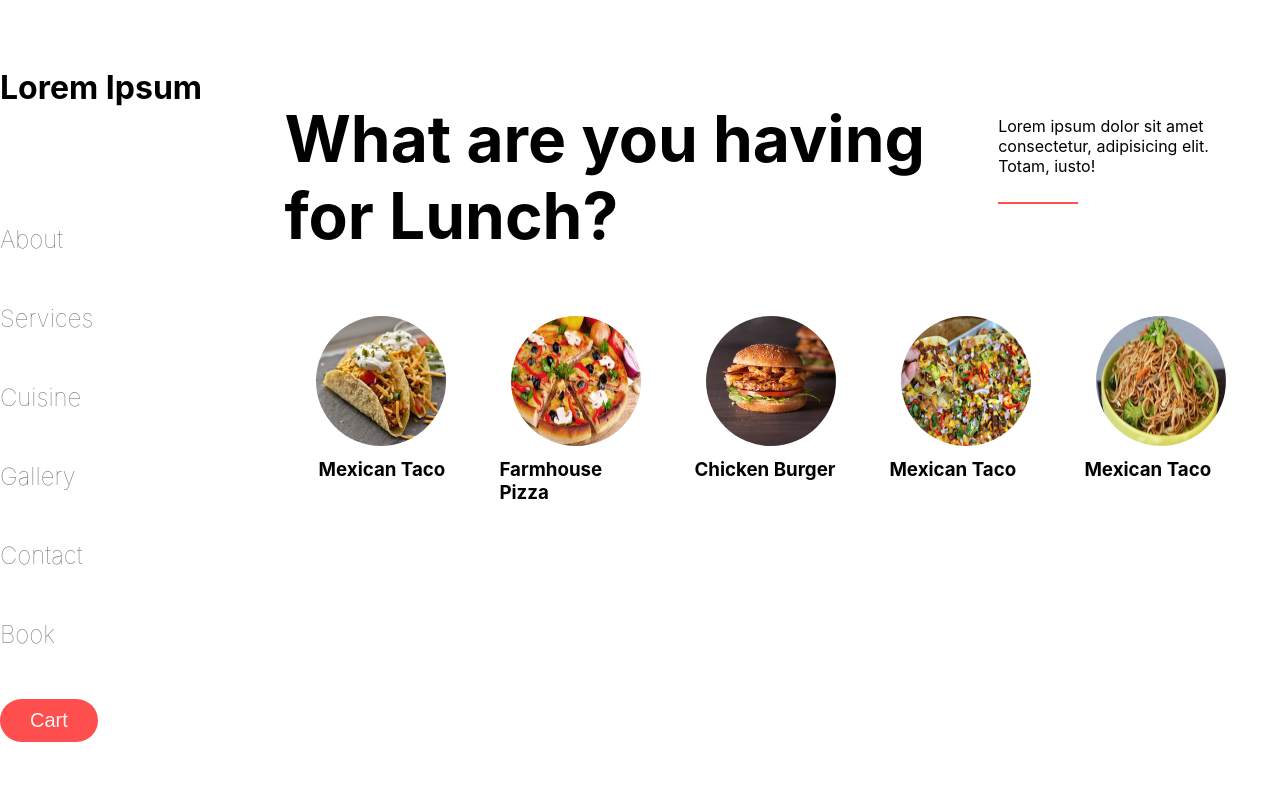
Repository: Marlstergo/assignment2
Page: /
The author's editor kept a copy of each file at every save. The page is drawn from the files as they stood at one save, then again after the next save.
The browser window is 1280 px wide. The pictures show the whole page.
The project was rebuilt for these pictures with package versions that can differ from the ones it lists, and the page was loaded fresh each time.

Above is the page before, as saved 2021-07-27 03:07:01.

### src/App.js
import logo from "./logo.svg";
import "./App.css";

import Nachos from "./asset/nachos.png";
import Taco from "./asset/taco.png";
import Noodles from "./asset/noodles.png";
import Pizza from "./asset/pizza.png";
import Chicken from "./asset/chicken.png";

function App() {
  return (
    <div className="container">
      <div className="full">
        <div className="sidebar">
          <div className="logo">
            <h1>Lorem Ipsum</h1>
          </div>
          <div className="items">
            <div className="item">
              <h2 className="">About</h2>
            </div>
            <div className="item">
              <h2 className="">Services</h2>
            </div>
            <div className="item">
              <h2 className="">Cuisine</h2>
            </div>
            <div className="item">
              <h2 className="">Gallery</h2>
            </div>
            <div className="item">
              <h2 className="">Contact</h2>
            </div>
            <div className="item">
              <h2 className="">Book</h2>
            </div>
            <div className="item">
              <button className="button">Cart</button>
            </div>
          </div>
        </div>
        <div className="main-view">
          <div className="hero">
            <div className="title">
              <h1 className="">What are you having for Lunch?</h1>
            </div>
            <div className="paragraph">
              <p className="">
                Lorem ipsum dolor sit amet consectetur, adipisicing elit. Totam,
                iusto!
              </p>
              <div className="divider" />
            </div>
          </div>
          <div className="row">
            <div className="cell">
              <div className="imagediv">
                {/* image */}
                <img src={Taco} alt="tago" className="" />
              </div>
              <div className="text-field">
                <h3 className="">Mexican Taco</h3>
              </div>
            </div>
            <div className="cell">
              <div className="imagediv">
                <img src={Pizza} alt="pizza" className="" />
                {/* image */}
              </div>
              <div className="">
                <h3 className="">Farmhouse Pizza</h3>
              </div>
            </div>
            <div className="cell">
              <div className="imagediv">
                {/* image */}
                <img src={Chicken} alt="chicken" className="" />
              </div>
              <div className="">
                <h3 className="">Chicken Burger</h3>
              </div>
            </div>
            <div className="cell">
              <div className="imagediv">
                {/* image */}
                <img src={Nachos} alt="nachos" className="" />
              </div>
              <div className="">
                <h3 className="">Mexican Taco</h3>
              </div>
            </div>
            <div className="cell">
              <div className="imagediv">
                {/* image */}
                <img src={Noodles} alt="noodles" className="" />
              </div>
              <div className="">
                <h3 className="">Mexican Taco</h3>
              </div>
            </div>
          </div>
        </div>
      </div>
    </div>
  );
}

export default App;

### src/App.css
.container {
  height: 100vh;
  width: 100%;
  /* padding-left: 1.5rem;
  padding-right: 1.5rem; */
}

@media screen and (min-width: 640px) {
  .container {
    max-width: 640px;
    margin: 0 auto;
  }
}

@media screen and (min-width: 768px) {
  .container {
    max-width: 768px;
  }
}

@media screen and (min-width: 1024px) {
  .container {
    max-width: 1024px;
    /* padding-left: 4rem;
    padding-right: 4rem; */
  }
}

@media screen and (min-width: 1280px) {
  .container {
    max-width: 1280px;
    /* padding-left: 5rem;
    padding-right: 5rem; */
  }
}

@media screen and (min-width: 1536px) {
  .container {
    max-width: 1536px;
  }
}

.full {
  display: grid;
  grid-template-columns: repeat(9, minmax(0, 1fr));
  height: 100%;
}

.sidebar {
  grid-column: span 2 / span 2;
  /* margin: auto 0; */
}
.logo{
  height: 175px;
  display: flex;
  align-items: center;
  /* justify-content: center; */

}

.items{

}

.item{
  color: rgb(101, 106, 104);
  font-weight: 100;
  margin: 50px 0px;
}
.item h2{
  font-weight: 100;

}

.button{
  padding: 10px 30px;
  font-size: 20px;
  border-radius: 50px;
  background-color: rgb(255,78,78);
  border: 0;
  color: whitesmoke;
}

.logo h1{
  padding: auto auto;
}

.main-view{
  grid-column: span 7 / span 7;
}

.row{
  display: flex;
  /* overflow-x: scroll; */

}

.hero{
  margin: 50px 0px;
  margin-top: 100px;
  display: grid;
  grid-template-columns: repeat(9, minmax(0, 1fr));

}
.paragraph{
  grid-column: span 3 / span 3;
  padding: 0 50px;
  border: 10px;
}

.divider{
  border-bottom: 2px solid rgb(255,78,78);
  /* border-color: rgb(255,78,78); */
  width: 80px;
  height: 10px;
}

.title{
  grid-column: span 6 / span 6;
  font-size: 2rem;

}

h1{
  margin: 0;
}

.cell{
  margin-left: 20px;
  margin-right: 20px;
  /* background-color: aqua; */
  border-radius: 20px;
  height: 200px;
  width: 155px;
}
.cell h3{
  /* width: 100%; */
  margin: 0 auto;
}

.text-field{
  /* width: 100%; */
  /* margin: auto; */
  display: flex;
}

.imagediv{
  margin: 12px;
  height: 130px;
  width: 130px;
  border-radius: 100%;
  overflow: hidden;
  display: flex;
  justify-content: center;
  align-items: center;
}

img{
  width: 100%;
  height: 100%;
}

Loaded but not shown: public/index.html (common file); src/index.js (common file); src/index.css (common file); src/reportWebVitals.js (common file)

After the next save:
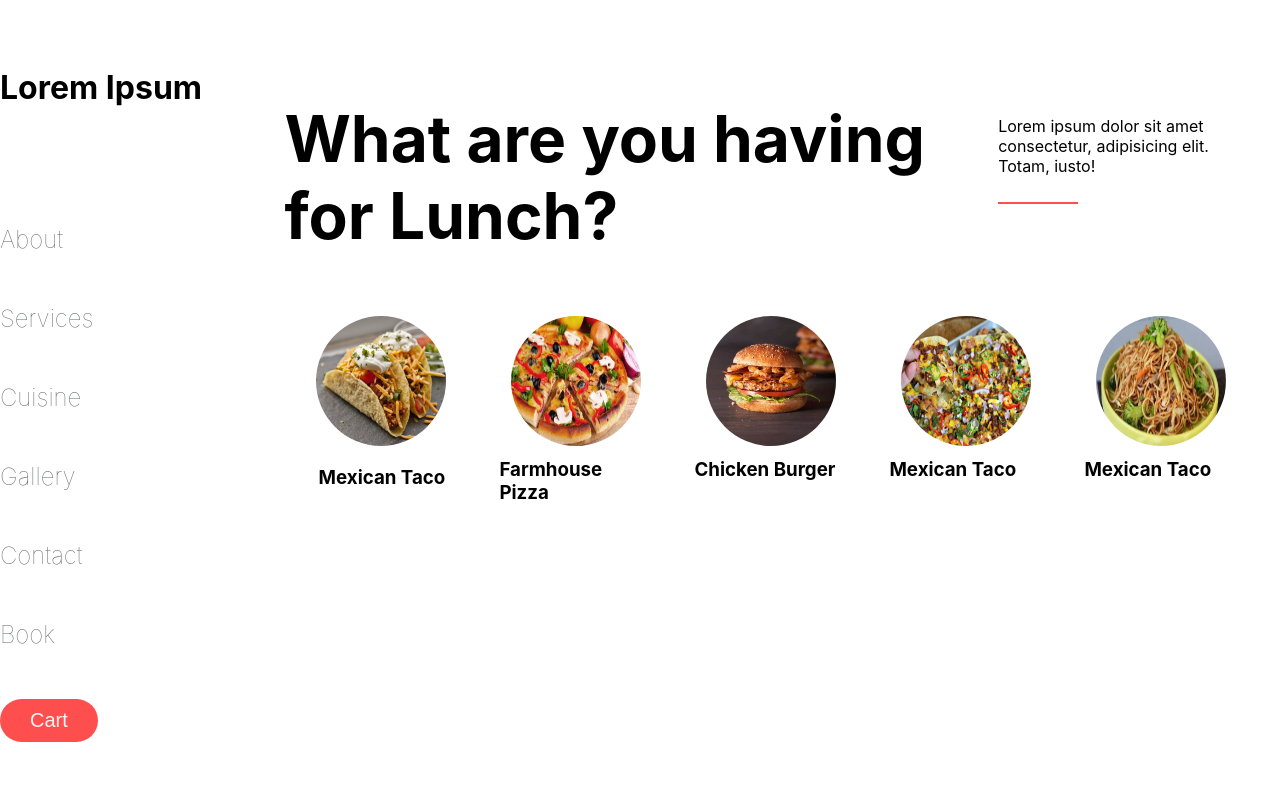
Saved 31 s later.
--- a/src/App.css
+++ b/src/App.css
@@ -141,6 +141,7 @@ h1{
 .text-field{
   /* width: 100%; */
   /* margin: auto; */
+  margin: 20px 0;
   display: flex;
 }
 
